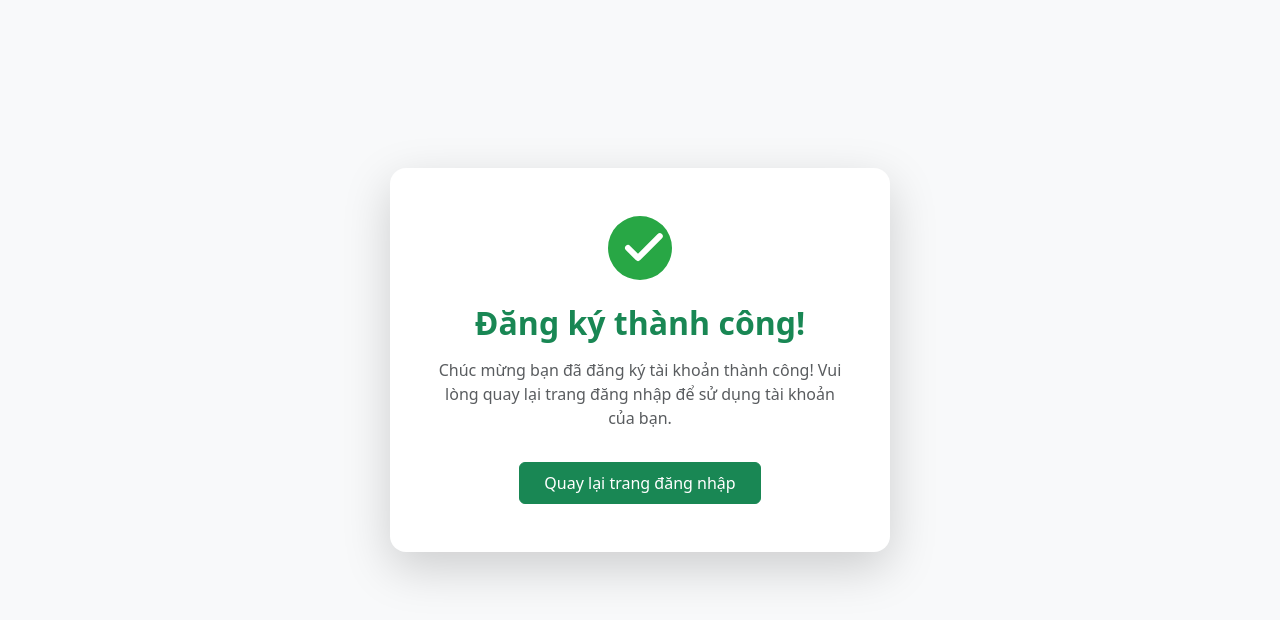
Repository: manhtdxxx/Tour-Booking-Webapp
Page: http://localhost/bookingTour/success.jsp
These files come from the project's save history. The page is drawn as it stood at one moment and after the next save; the edit follows.
The browser window is 1280 px wide. The pictures show the whole page.
The page is served by Tomcat 9. Other server files are loaded and not shown.

Above is the page before, as saved 2024-11-07 10:09:05.

### bookingTour/src/main/webapp/success.jsp
<%@ page language="java" contentType="text/html; charset=UTF-8" pageEncoding="UTF-8"%>
<!DOCTYPE html>
<html>
<head>
<meta charset="UTF-8">
<title>Đăng ký thành công!</title>
<meta name="viewport" content="width=device-width, initial-scale=1">
<link href="https://cdn.jsdelivr.net/npm/bootstrap@5.3.3/dist/css/bootstrap.min.css"
	rel="stylesheet">
<script src="https://cdn.jsdelivr.net/npm/bootstrap@5.3.3/dist/js/bootstrap.bundle.min.js"></script>
</head>

<body class="d-flex align-items-center justify-content-center vh-100 bg-light">
	<div class="card text-center shadow-lg rounded-4" style="max-width: 500px; border: none;">
		<div class="card-body p-5">
			<!-- Centered Icon Container -->
			<div class="d-flex justify-content-center mb-4">
				<svg xmlns="http://www.w3.org/2000/svg" width="64" height="64" fill="#28a745"
					class="bi bi-check-circle-fill" viewBox="0 0 16 16">
                    <path
						d="M16 8A8 8 0 1 1 0 8a8 8 0 0 1 16 0zM6.97 11.03a.75.75 0 0 0 1.08 0L13.5 5.56a.75.75 0 0 0-1.08-1.04L7.5 9.44l-1.97-1.97a.75.75 0 0 0-1.08 1.04l2.5 2.5z" />
                </svg>
			</div>
			<h2 class="card-title text-success fw-bold">Đăng ký thành công!</h2>
			<p class="card-text text-muted my-3">Chúc mừng bạn đã đăng ký tài khoản thành công! Vui lòng
				quay lại trang đăng nhập để sử dụng tài khoản của bạn.</p>
			<a href="login.jsp" class="btn btn-success px-4 py-2 mt-3"> Quay lại trang đăng nhập </a>
		</div>
	</div>
</body>

</html>

After the next save:
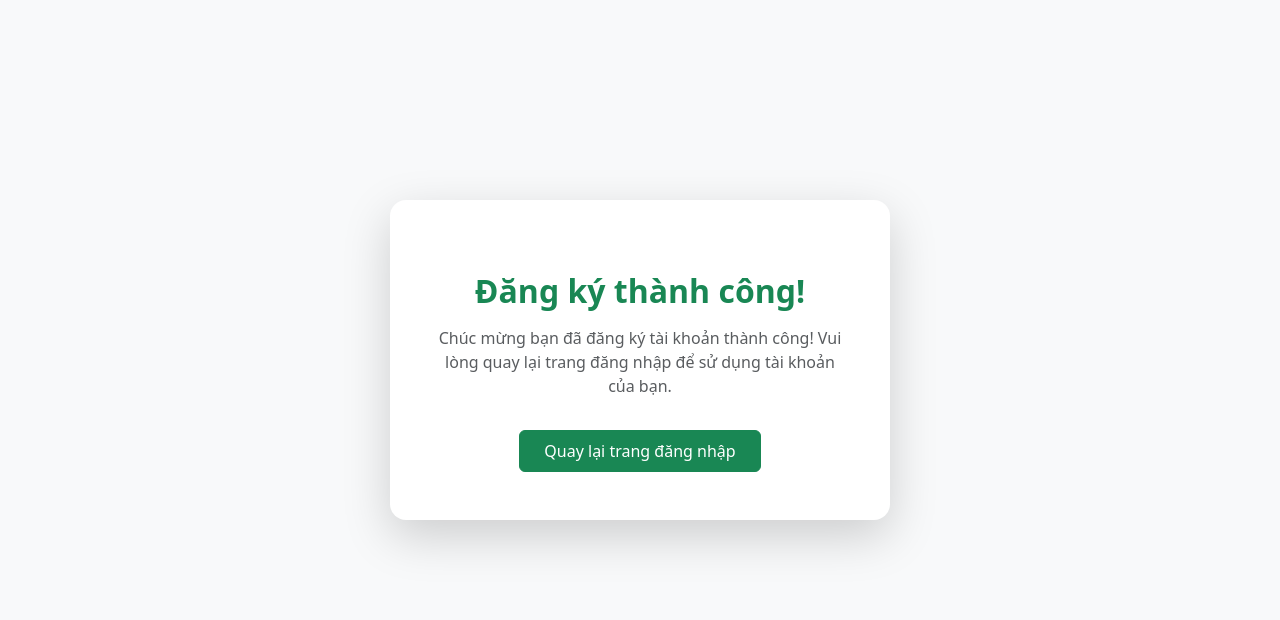
Saved 7 min 1 s later.
--- a/bookingTour/src/main/webapp/success.jsp
+++ b/bookingTour/src/main/webapp/success.jsp
@@ -13,13 +13,9 @@
 <body class="d-flex align-items-center justify-content-center vh-100 bg-light">
 	<div class="card text-center shadow-lg rounded-4" style="max-width: 500px; border: none;">
 		<div class="card-body p-5">
-			<!-- Centered Icon Container -->
+			<!-- Bootstrap Icon -->
 			<div class="d-flex justify-content-center mb-4">
-				<svg xmlns="http://www.w3.org/2000/svg" width="64" height="64" fill="#28a745"
-					class="bi bi-check-circle-fill" viewBox="0 0 16 16">
-                    <path
-						d="M16 8A8 8 0 1 1 0 8a8 8 0 0 1 16 0zM6.97 11.03a.75.75 0 0 0 1.08 0L13.5 5.56a.75.75 0 0 0-1.08-1.04L7.5 9.44l-1.97-1.97a.75.75 0 0 0-1.08 1.04l2.5 2.5z" />
-                </svg>
+				<i class="bi bi-check-circle-fill text-success" style="font-size: 3rem;"></i>
 			</div>
 			<h2 class="card-title text-success fw-bold">Đăng ký thành công!</h2>
 			<p class="card-text text-muted my-3">Chúc mừng bạn đã đăng ký tài khoản thành công! Vui lòng
